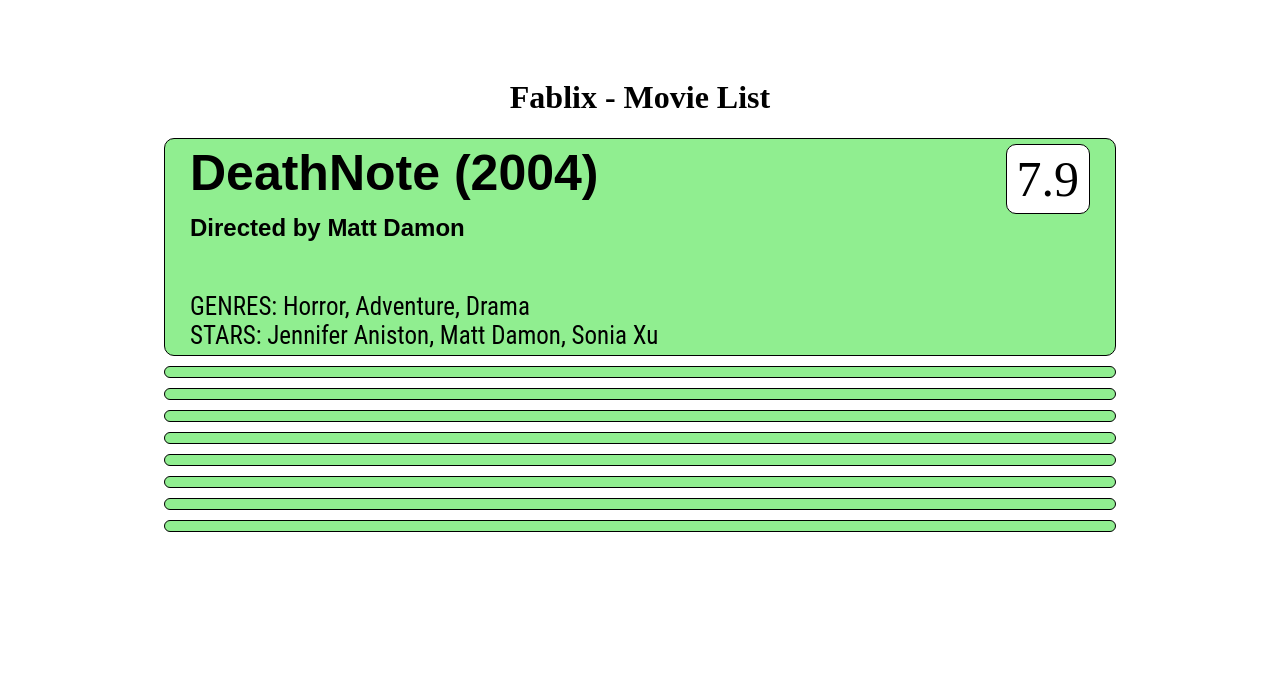
Repository: csumphan/fablix
Page: Project1/WebContent/index.html
An editor plug-in stored every save of this project. The page is shown before and after the next save, followed by the edit.
The browser window is 1280 px wide. The pictures show the whole page.
Some web fonts or font styles are not loaded; a fallback is used.

Above is the page before, as saved 2018-01-23 00:24:36.

After the next save:
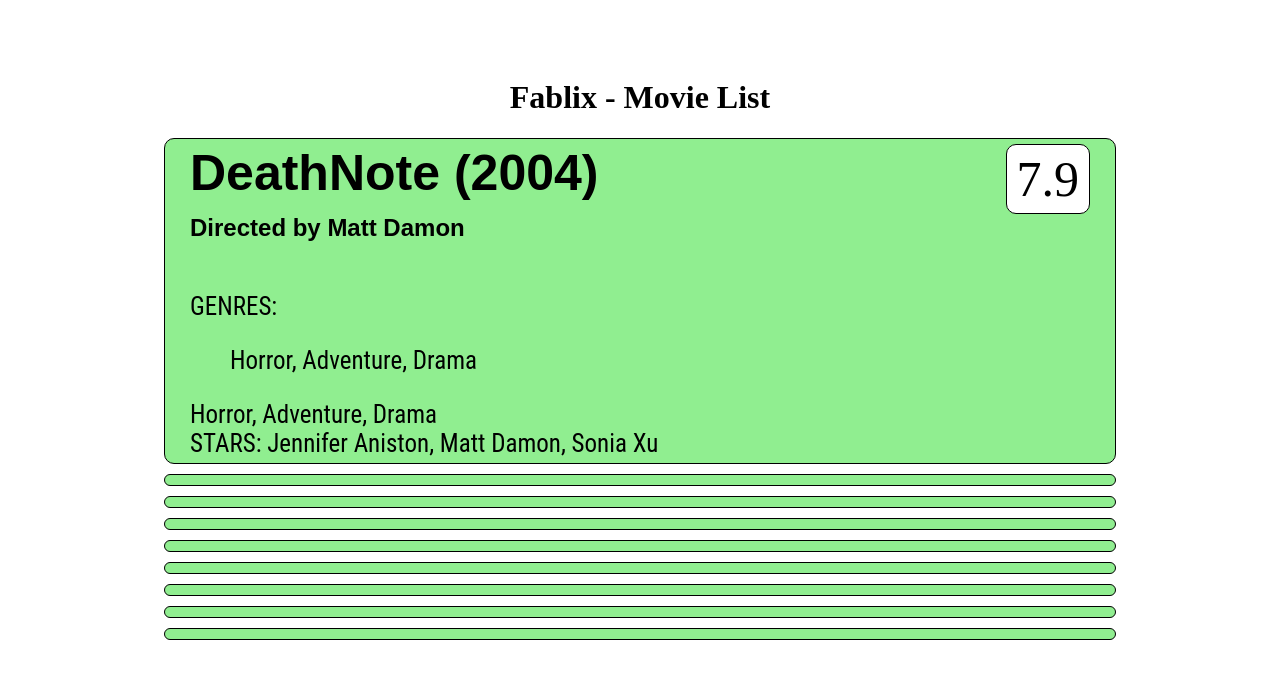
Saved 37 s later.
--- a/Project1/WebContent/index.html
+++ b/Project1/WebContent/index.html
@@ -19,7 +19,10 @@
 			</div>
 			<div class="info-container">
 				<div class="genres-container">
-					GENRES: Horror, Adventure, Drama
+					GENRES:
+					<ul>
+						Horror, Adventure, Drama
+					</ul>Horror, Adventure, Drama
 				</div>
 				<div class="stars-container">
 					STARS: Jennifer Aniston, Matt Damon, Sonia Xu
